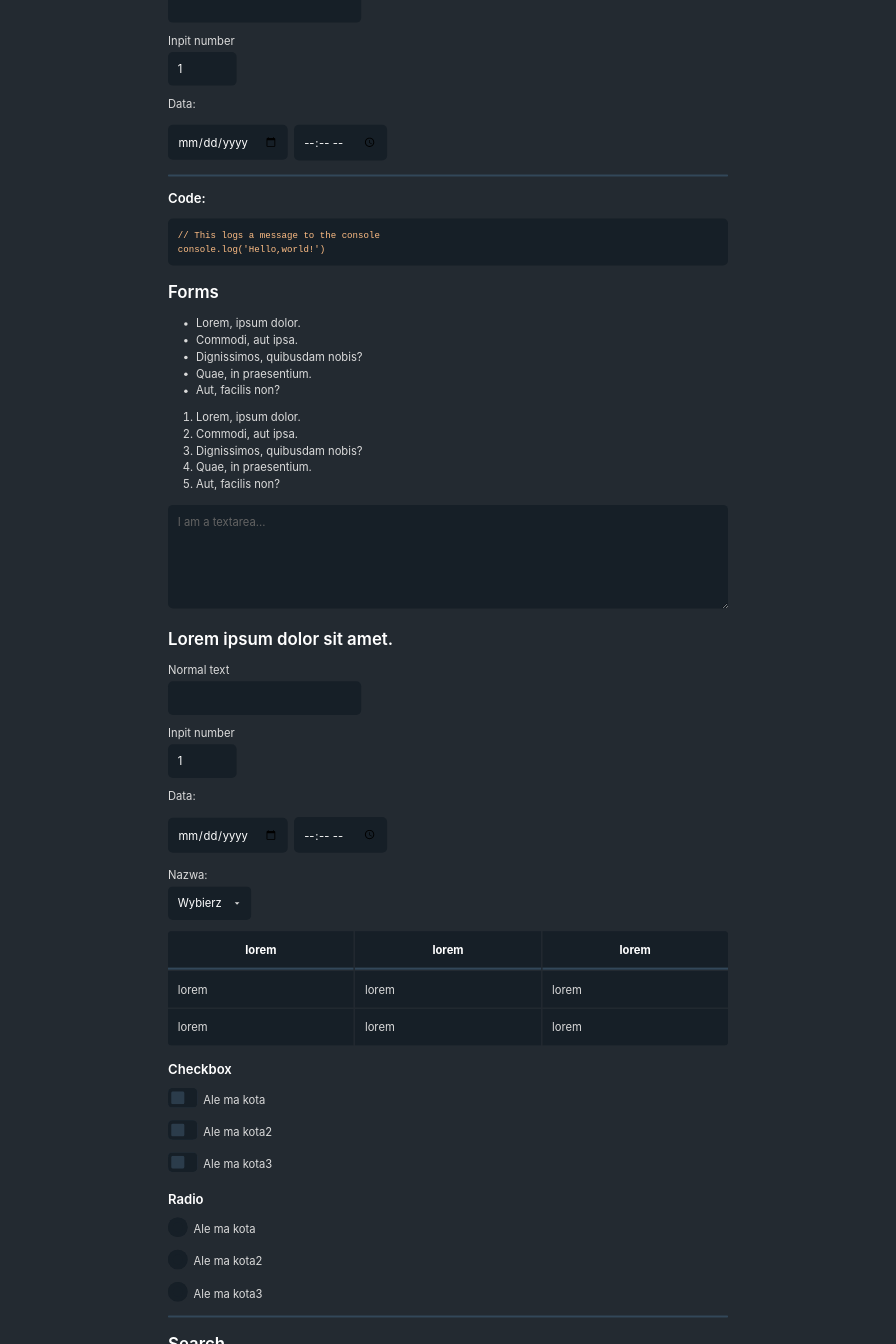
Repository: KozakBartosz/Draft
Page: index.html
These files come from the project's save history. The page is drawn as it stood at one moment and after the next save; the edit follows.
The browser window is 1280 px wide. The pictures show the part of the page from y = 885 to 2805 px (the page is 4454 px tall before and 4538 px after), at 70% of full size.

Above is the page before, as saved 2019-04-12 08:40:10.

### index.html
<!DOCTYPE html>
<html lang="en">
	<head>
		<meta charset="UTF-8" />
		<meta name="viewport" content="width=device-width, initial-scale=1.0" />
		<meta http-equiv="X-UA-Compatible" content="ie=edge" />
		<title>Draft.css</title>
		<link rel="stylesheet" href="draft.css" />
	</head>
	<body>
		<h1><input type="checkbox" checked="checked" /> Draft.css</h1>
		<div style="float: right">
			Thema:
			<select name="" id="changethema">
				<option value="0">Defult</option>
				<option value="1">Defult mini</option>
				<option value="2">Light</option>
				<option value="3">Blood</option>
				<option value="4">Matrix</option>
			</select>
		</div>
		<h1>The most simple css framwork</h1>
		<h2>What is draft.css</h2>
		<p>
			Framwork is targeted at quickly creating prototypes of forms and
			simple template. Designed to written html code looked beautiful and
			did not require any class and non-standard elements.
		</p>
		<h2>How use</h2>
		<p>All you have to do is add this code to the head section:</p>

		<pre><code>&lt;link rel="stylesheet" href="https://kozakbartosz.pl/draft/def.css" /&gt;</code></pre>

		<h1>Examples:</h1>

		<h3>Code:</h3>

		<pre><code>&lt;label&gt;<br />&nbsp; &nbsp; Normal text: &lt;input type="text" /&gt;<br />&lt;/label&gt;<br />&lt;label&gt;<br />&nbsp; &nbsp; Inpit number: &lt;input type="number" / value="1"&gt;<br />&lt;/label&gt;<br />Data:<br />&lt;p&gt;<br />&nbsp; &nbsp; &lt;input type="date" /&gt;<br />&nbsp; &nbsp; &lt;input type="time" /&gt;<br />&lt;/p&gt;</code></pre>
		<h3>Result:</h3>
		<label>
			Normal text
			<input type="text" />
		</label>
		<label>
			Inpit number <input type="number" / value="1">
		</label>
		Data:
		<p>
			<input type="date" />
			<input type="time" />
		</p>

		<hr />

		<h3>Code:</h3>
		<pre><code>// This logs a message to the console<br />console.log('Hello,world!')</code></pre>

		<h2>Forms</h2>

		<ul>
			<li>Lorem, ipsum dolor.</li>
			<li>Commodi, aut ipsa.</li>
			<li>Dignissimos, quibusdam nobis?</li>
			<li>Quae, in praesentium.</li>
			<li>Aut, facilis non?</li>
		</ul>
		<ol>
			<li>Lorem, ipsum dolor.</li>
			<li>Commodi, aut ipsa.</li>
			<li>Dignissimos, quibusdam nobis?</li>
			<li>Quae, in praesentium.</li>
			<li>Aut, facilis non?</li>
		</ol>
		<textarea
			name="about"
			id="about"
			placeholder="I am a textarea..."
			rows="6"
		></textarea>
		<h2>Lorem ipsum dolor sit amet.</h2>
		<label>
			Normal text
			<input type="text" />
		</label>
		<label>
			Inpit number <input type="number" / value="1">
		</label>
		Data:
		<p>
			<input type="date" />
			<input type="time" />
		</p>
		<label>
			Nazwa:
			<select name="" id="">
				<option value="">Wybierz</option>
				<option value="">jeden</option>
				<option value="">dwa</option>
				<option value="">trzy</option>
			</select>
		</label>

		<table>
			<tr>
				<th>lorem</th>
				<th>lorem</th>
				<th>lorem</th>
			</tr>
			<tr>
				<td>lorem</td>
				<td>lorem</td>
				<td>lorem</td>
			</tr>
			<tr>
				<td>lorem</td>
				<td>lorem</td>
				<td>lorem</td>
			</tr>
		</table>

		<h3>Checkbox</h3>
		<label> <input type="checkbox" /> Ale ma kota </label>

		<label> <input type="checkbox" /> Ale ma kota2 </label>

		<label> <input type="checkbox" /> Ale ma kota3 </label>

		<h3>Radio</h3>
		<label> <input type="radio" name="radio" /> Ale ma kota </label>
		<label> <input type="radio" name="radio" /> Ale ma kota2 </label>
		<label> <input type="radio" name="radio" /> Ale ma kota3 </label>

		<hr />

		<h2>Search</h2>

		<fieldset class="search">
			<legend>Szukaj</legend>
			<form action="produkty,szukaj" method="get">
				<input
					type="text"
					name="q"
					placeholder="Wpisz czego szukasz..."
				/>
				<button>Szukaj</button>
			</form>
		</fieldset>

		<h2>Change button color by html</h2>

		<h2>Code</h2>
		<pre><code>&lt;button&gt;Exit&lt;/button&gt;<br>&lt;button style="--button: #7e1616; --buttonhover: #b40d0d;"&gt;
	Ok<br>&lt;/button&gt;</code></pre>

		<h3>result</h3>
		<button>Exit</button>
		<button style="--button: #7e1616; --buttonhover: #b40d0d;">
			Ok
		</button>

		<h2>Details</h2>

		<details>
			<summary>Szczypta detali</summary>
			<p>Informacje szczegółowe na dany temat.</p>
		</details>

		<details open>
			<summary>Jeszcze wiecej szczegółów</summary>
			<p>Tu jest jeszcze wiecej informacji szczegółowych</p>
		</details>

		<h2>Real Form</h2>

		<form>
			<label for="email">Email</label>
			<input
				type="email"
				name="email"
				id="email"
				placeholder="john.doe@gmail.com"
			/>

			<label for="id">User id (read only)</label>
			<input readonly="" name="id" id="id" value="04D6H89Z" />

			<label for="disabled">Random disabled input</label>
			<input
				disabled=""
				name="disabled"
				id="disabled"
				placeholder="Because why not?"
			/>

			<label for="about">About me</label>

			<input type="checkbox" name="remember" id="remember" checked="" />
			<label for="remember">Remember me</label>

			<input type="submit" />
		</form>

		<p>
			<strong>Lorem ipsum</strong> dolor sit,
			<a href="">amet consectetur adipisicing</a> elit.
			<i>Hic nobis</i> atque eligendi voluptatum doloribus rem praesentium
			veniam quo delectus explicabo, architecto ipsam ipsa unde vitae
			excepturi iusto nesciunt placeat ducimus.
		</p>
		<p>
			Lorem ipsum dolor sit amet consectetur adipisicing elit. Enim saepe
			quisquam delectus accusantium nam recusandae obcaecati ullam, non
			neque <a href="">commodi modi tempore </a>magni magnam. Tenetur
			officiis mollitia facere libero sint.
		</p>
		<h4>Lorem ipsum dolor sit amet.</h4>
		<p>
			Lorem ipsum dolor, sit amet consectetur adipisicing elit. Possimus,
			vero quibusdam. Rerum libero nihil aspernatur, ipsam vel voluptatem
			inventore quasi. Odit, sapiente? Delectus beatae laudantium sapiente
			cupiditate et libero? Corrupti.
		</p>

		<button>Send</button>
		<script>
			var themes = [
				[
					{ brand: "#41adff" },
					{ mainbg: "#232a31" },
					{ mainpaddng: "14px" },
					{ radius: "7px" },

					{ low: "#161f27" },
					{ like: "#2b3c4b" },
					{ midi: "#324759" },
					{ hight: "#0b7392" },

					{ text: "#dbdbdb" },
					{ textContrast: "#fff" },

					{ code: "#ffbe85" },

					{ button: "#2b3c4a" },
					{ buttonhover: "#334a5e" },
					{ buttontext: "#fff" },

					{ fillhover: "#1b2731" }
				],
				[
					{ brand: "#41adff" },
					{ mainbg: "#232a31" },
					{ mainpaddng: "12px" },
					{ radius: "12px" },

					{ low: "#161f27" },
					{ like: "#2b3c4b" },
					{ midi: "#324759" },
					{ hight: "#0b7392" },

					{ text: "#dbdbdb" },
					{ textContrast: "#fff" },

					{ code: "#ffbe85" },

					{ button: "#2b3c4a" },
					{ buttonhover: "#334a5e" },
					{ buttontext: "#fff" },

					{ fillhover: "#1b2731" }
				],
				[
					{ brand: "#41adff" },
					{ mainbg: "#ffffff" },
					{ mainpaddng: "14px" },
					{ radius: "7px" },

					{ low: "#e8f1fa" },
					{ like: "#cfe2f7" },
					{ midi: "#b2cee7" },
					{ hight: "#1db5e4" },

					{ text: "#3f4646" },
					{ textContrast: "#1a1f1f" },

					{ code: "#20595f" },

					{ button: "#3dcca1" },
					{ buttonhover: "#34e0ad" },
					{ buttontext: "#fff" },

					{ fillhover: "#e8f5ff" }
				],
				[
					{ mainpaddng: "18px" },
					{ radius: "3px" },
					{ brand: "#c21a1a" },
					{ mainbg: "#312323" },

					{ code: "#ffbe85" },

					{ text: "#dbdbdb" },
					{ textContrast: "#fff" },

					{ button: "#4a2b2b" },
					{ buttonhover: "#5e3333" },
					{ buttontext: "#fff" },

					{ fillhover: "#311b1b" },

					{ low: "#271616" },
					{ like: "#4b2b2b" },
					{ midi: "#593232" },
					{ hight: "#800f0f" }
				],
				[
					{ mainpaddng: "11px" },
					{ radius: "13px" },
					{ brand: "#1ac260" },
					{ mainbg: "#233126" },

					{ code: "#c0ff85" },

					{ text: "#dbdbdb" },
					{ textContrast: "#fff" },

					{ button: "#324a2b" },
					{ buttonhover: "#385e33" },
					{ buttontext: "#fff" },

					{ fillhover: "#1b3122" },

					{ low: "#162717" },
					{ like: "#2b4b2e" },
					{ midi: "#32593f" },
					{ hight: "#0f803a" }
				]
			];

			let changethema = document.getElementById("changethema");
			let root = document.documentElement;
			changethema.addEventListener("change", e => {
				console.log(e);
				var theme = themes[e.target.value];
				theme.forEach(element => {
					var k = Object.keys(element)[0];
					root.style.setProperty("--" + k, element[k]);
				});
			});
		</script>
	</body>
</html>

### draft.css
/* TO DO */
/* <details> */
:root {
	--brand: #41adff;
	--mainbg: #232a31;
	--mainpaddng: 14px;
	--radius: 7px;

	--low: #161f27;
	--like: #2b3c4b;
	--midi: #324759;
	--hight: #0b7392;

	--text: #dbdbdb;
	--textContrast: #fff;

	--code: #ffbe85;

	--button: #2b3c4a;
	--buttonhover: #334a5e;
	--buttontext: #fff;

	--fillhover: #1b2731;
}
/*
:root {
	--brand: #41adff;
	--mainbg: #ffffff;
	--mainpaddng: 14px;
	--radius: 7px;

	--low: #e8f1fa;
	--like: #cfe2f7;
	--midi: #b2cee7;
	--hight: #1db5e4;

	--text: #3f4646;
	--textContrast: #1a1f1f;

	--code: #20595f;

	--button: #3dcca1;
	--buttonhover: #34e0ad;
	--buttontext: #fff;

	--fillhover: #e8f5ff;
} */

/* :root {
	--mainpaddng: 18px;
	--radius: 3px;
	--brand: #c21a1a;
	--mainbg: #312323;

	--code: #ffbe85;

	--text: #dbdbdb;
	--textContrast: #fff;

	--button: #4a2b2b;
	--buttonhover: #5e3333;
	--buttontext: #fff;

	--fillhover: #311b1b;

	--low: #271616;
	--like: #4b2b2b;
	--midi: #593232;
	--hight: #800f0f;
} */

/* :root {
	--mainpaddng: 11px;
	--radius: 13px;
	--brand: #1ac260;
	--mainbg: #233126;

	--code: #c0ff85;

	--text: #dbdbdb;
	--textContrast: #fff;

	--button: #324a2b;
	--buttonhover: #385e33;
	--buttontext: #fff;

	--fillhover: #1b3122;

	--low: #162717;
	--like: #2b4b2e;
	--midi: #32593f;
	--hight: #0f803a;
} */
body {
	font-family: -apple-system, BlinkMacSystemFont, "Segoe UI", "Roboto",
		"Oxygen", "Ubuntu", "Cantarell", "Fira Sans", "Droid Sans",
		"Helvetica Neue", sans-serif;
	line-height: 1.5;
	max-width: 800px;
	margin: 20px auto;
	padding: 0 var(--mainpaddng);
	color: var(--text);
	background: var(--mainbg);
	text-rendering: optimizeLegibility;
}

label {
	display: block;
}

button,
input,
textarea {
	vertical-align: middle;
	transition: background-color 0.2s ease, box-shadow 0.2s ease,
		transform 0.2s ease;
}
h1 {
	font-size: 2.2em;
	margin-top: 0;
}
h1,
h2,
h3,
h4,
h5,
h6 {
	margin-bottom: 12px;
}
h1,
h2,
h3,
h4,
h5,
h6,
strong {
	color: var(--textContrast);
	font-weight: 600;
}
button,
input[type="submit"],
input[type="button"],
input[type="checkbox"],
input[type="radio"] {
	cursor: pointer;
	display: inline-block;
}

input,
select,
button,
textarea {
	/* display: block; */
	color: var(--textContrast);
	background-color: var(--low);
	font-family: inherit;
	font-size: inherit;
	margin: 4px 4px 6px 0;
	padding: var(--mainpaddng);
	border: none;
	border-radius: var(--radius);
	outline: none;
	-webkit-appearance: none;
}
input[type="number"] {
	max-width: calc(var(--mainpaddng) * 5);
}

button:hover,
input:hover,
select:hover,
textarea:hover,
textarea:hover {
	background-color: var(--fillhover);
}

label > input,
label > select {
	display: block;
}

textarea {
	margin-right: 0;
	width: 100%;
	box-sizing: border-box;
	resize: vertical;
}
button,
input[type="submit"],
input[type="button"] {
	color: var(--buttontext);
	background-color: var(--button);
	padding: var(--mainpaddng) calc(var(--mainpaddng) * 2);
}

select {
	padding-right: calc(var(--mainpaddng) * 3);
	background: var(--low)
		url("data:[embedded picture, 198 characters]")
		100% 50%/27px 7px no-repeat;
}

input:focus,
select:focus,
button:focus,
textarea:focus {
	background-color: var(--fillhover);
	box-shadow: 0 0 0 2px var(--hight);
}

button:focus,
input[type="submit"]:focus,
input[type="button"]:focus {
	background-color: var(--buttonhover);
}

button:hover,
input[type="submit"]:hover,
input[type="button"]:hover {
	background-color: var(--buttonhover);
	box-shadow: 0 5px 20px -5px rgba(0, 0, 0, 0.35), 0 3px 0 0 var(--button);
	transform: translateY(-3px);
}
button:active {
	transform: translateY(0px);
	box-shadow: 0 5px 20px -5px rgba(0, 0, 0, 0.35);
}

input:disabled {
	cursor: not-allowed;
	opacity: 0.5;
}

input[type="radio"],
input[type="checkbox"] {
	margin-top: -2px;
	transition: background-color 0.25s ease,
		box-shadow 0.25s cubic-bezier(0.53, 1.59, 0.51, 1);
}
input[type="checkbox"] {
	background-color: var(--like);
	width: calc(var(--mainpaddng) * 3);
	box-shadow: calc(var(--mainpaddng) * -1) 0 0 calc(var(--mainpaddng) / 3)
			var(--low) inset,
		0 0 0 calc(var(--mainpaddng) / 3) var(--low) inset;
}
input[type="checkbox"]:hover,
input[type="radio"]:hover {
	background-color: var(--midi);
}
input[type="checkbox"]:focus {
	box-shadow: calc(var(--mainpaddng) * -1) 0 0 calc(var(--mainpaddng) / 3)
			var(--low) inset,
		0 0 0 calc(var(--mainpaddng) / 3) var(--low) inset,
		0 0 0 2px var(--hight);
}

input[type="radio"] {
	border-radius: 100%;
	box-shadow: 0 0 0 calc(var(--mainpaddng) / 2) var(--low) inset;
}
input[type="checkbox"]:checked,
input[type="radio"]:checked {
	box-shadow: 0 0 0 calc(var(--mainpaddng) / 3) var(--low) inset,
		0 0 0 2px var(--hight), 0 0 0 1px var(--low);
	background-color: var(--brand);
}

input[type="checkbox"]:checked {
	box-shadow: var(--mainpaddng) 0 0 calc(var(--mainpaddng) / 3) var(--low)
			inset,
		0 0 0 calc(var(--mainpaddng) / 3) var(--low) inset,
		0 0 0 2px var(--hight);
}

::placeholder {
	color: #636363;
}
a {
	text-decoration: none;
	color: var(--hight);
}
a:hover {
	text-decoration: underline;
	color: var(--brand);
}
ul,
ol,
label,
code,
p {
	margin: var(--mainpaddng) 0;
}

code,
kbd {
	background: var(--low);
	color: var(--code);
	padding: var(--mainpaddng);
	border-radius: var(--radius);
}
/* pre {
	margin: 0 calc(var(--mainpaddng) * -1);
} */
pre > code {
	display: block;
	overflow-x: auto;
}
img {
	max-width: 100%;
}
hr {
	margin: var(--mainpaddng) 0;
	border: none;
	height: 3px;
	border-radius: calc(var(--radius) / 6);
	background: var(--midi);
}
fieldset {
	border: 3px solid var(--midi);
	border-radius: var(--radius);
}
fieldset > legend {
	font-weight: 600;
	color: var(--textContrast);
	padding: calc(var(--mainpaddng) / 2) calc(var(--mainpaddng));
}

details {
	border: 3px solid var(--midi);
	border-radius: var(--radius);
	background: var(--like);
}

table {
	/* border-collapse: collapse; */
	margin: var(--mainpaddng) -2px;
	border-radius: calc(var(--radius) + 4px);
	width: calc(100% + 4px);
	overflow: hidden;
	border-spacing: 2px;
}
td,
th {
	padding: var(--mainpaddng);
	background: var(--low);
}
th {
	border-bottom: 3px solid var(--midi);
	color: var(--textContrast);
}
tr:hover td,
tr:hover th {
	background-color: var(--fillhover);
}

After the next save:
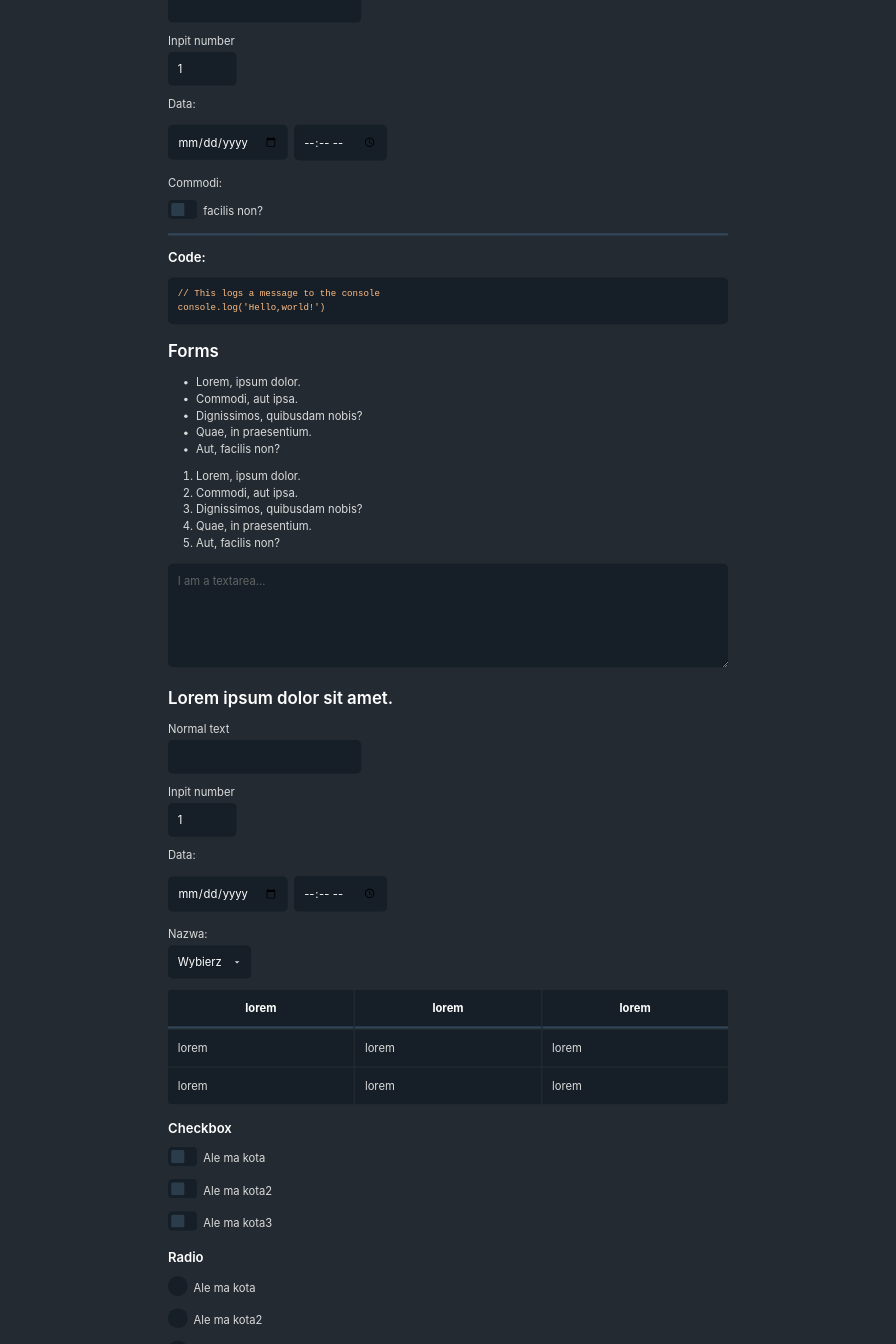
Saved 2 min 34 s later.
--- a/index.html
+++ b/index.html
@@ -49,6 +49,8 @@
 			<input type="date" />
 			<input type="time" />
 		</p>
+		Commodi:
+		<label> <input type="checkbox" /> facilis non?</label>
 
 		<hr />
 
